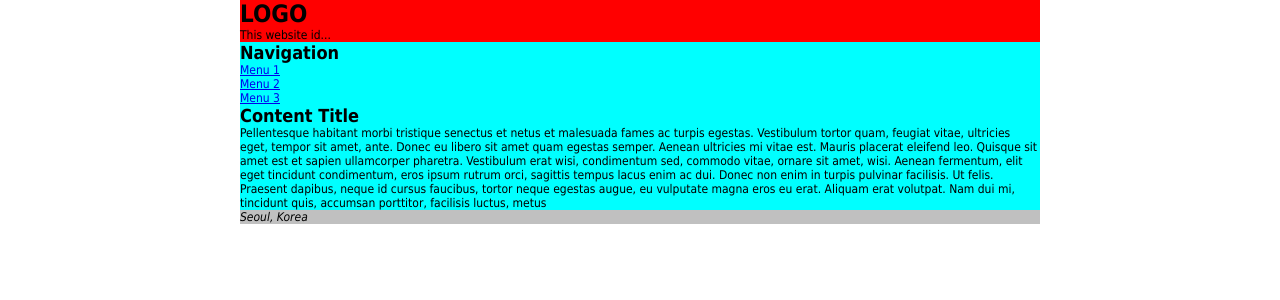
Repository: codelily98/Web
Page: CSS3/src/main/webapp/05_cssPositioning/exam04.html
An editor plug-in stored every save of this project. The page is shown before and after the next save, followed by the edit.
The browser window is 1280 px wide. The pictures show the whole page.

Above is the page before, as saved 2024-08-12 06:41:04.

After the next save:
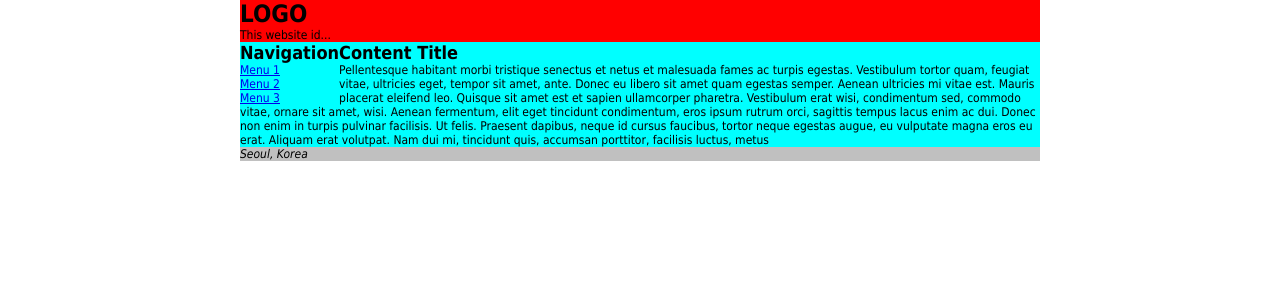
Saved 7 s later.
--- a/CSS3/src/main/webapp/05_cssPositioning/exam04.html
+++ b/CSS3/src/main/webapp/05_cssPositioning/exam04.html
@@ -26,7 +26,7 @@
 	background-color: cyan;
 }
 .nav {
-	background-color:
+	float: left;
 }
 .content {
 

After the 2 saves that followed:
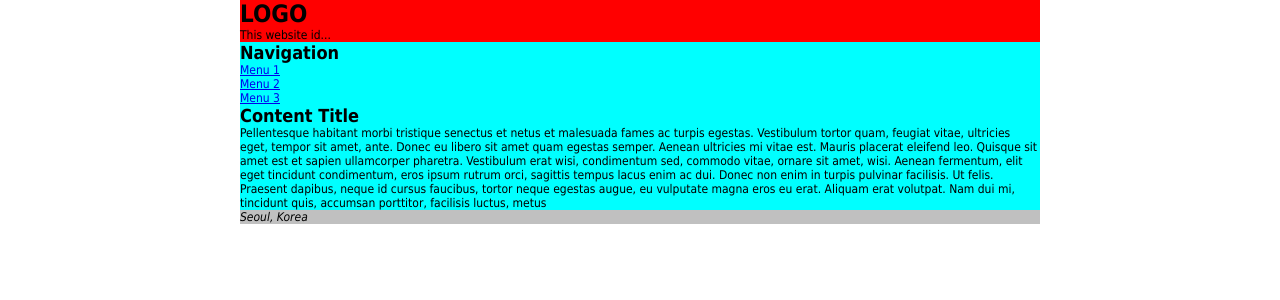
The 2 saves are shown as one change because 1 left the picture as it was.
The last was saved 22 s later.
--- a/CSS3/src/main/webapp/05_cssPositioning/exam04.html
+++ b/CSS3/src/main/webapp/05_cssPositioning/exam04.html
@@ -27,9 +27,10 @@
 }
 .nav {
 	float: left;
+	display: block;
 }
 .content {
-
+	clear: left;
 }
 </style>
 </head>
